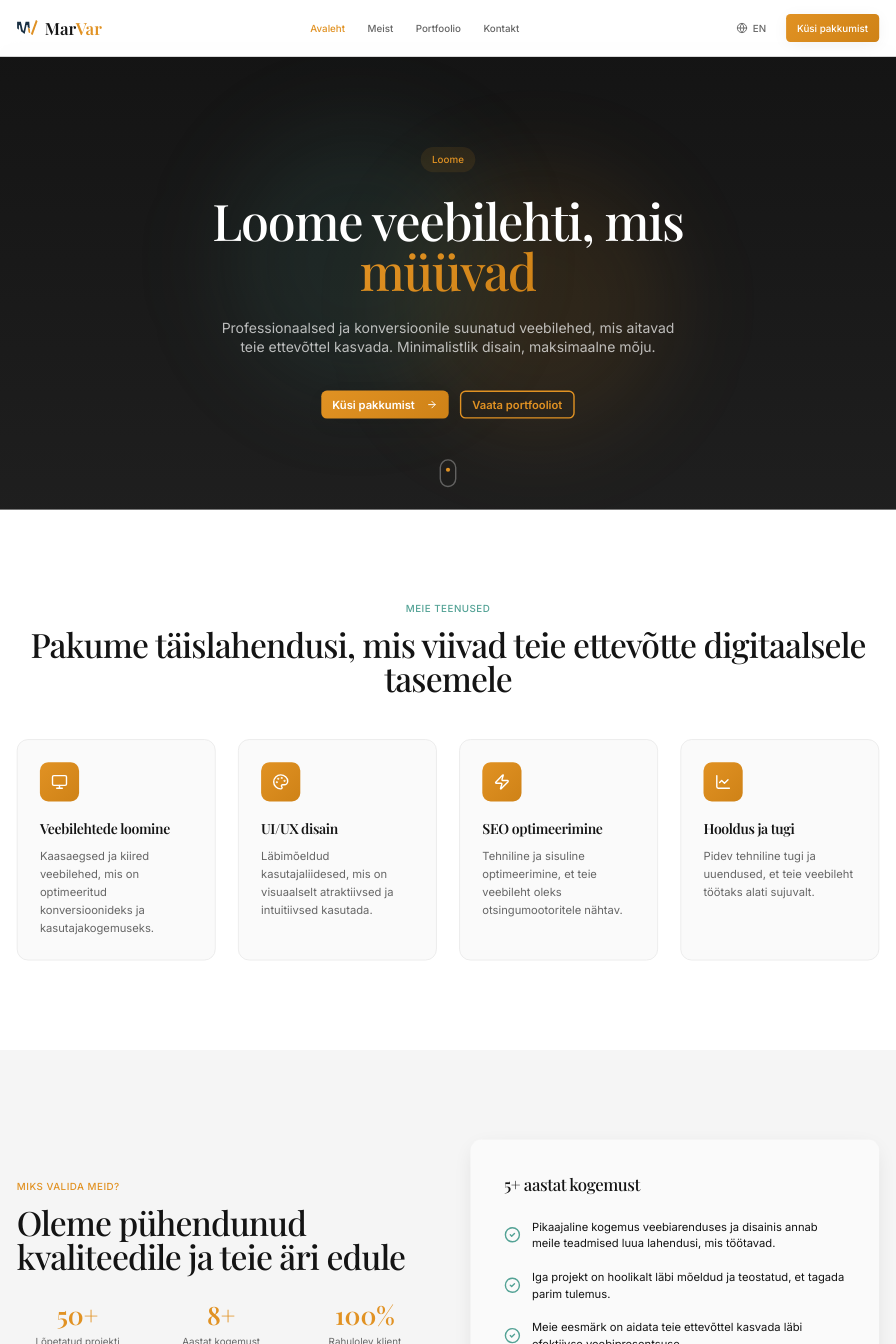
Repository: marvar-tarkvara/MARVAR-LEHT
Page: /
An editor plug-in stored every save of this project. The page is shown before and after the next save, followed by the edit.
The browser window is 1280 px wide. The pictures show the part of the page from y = 0 to 1920 px (the page is 3005 px tall), at 70% of full size.
Some web fonts or font styles are not loaded; a fallback is used. The project was rebuilt for these pictures with package versions that can differ from the ones it lists, and the page was loaded fresh each time. The framework's server and built-in components were replaced by stand-ins that run in the browser. Also part of the build but not shown: next.config.ts, components/ui/tooltip.tsx.

Above is the page before, as saved 2026-01-18 18:57:17.

After the next save:
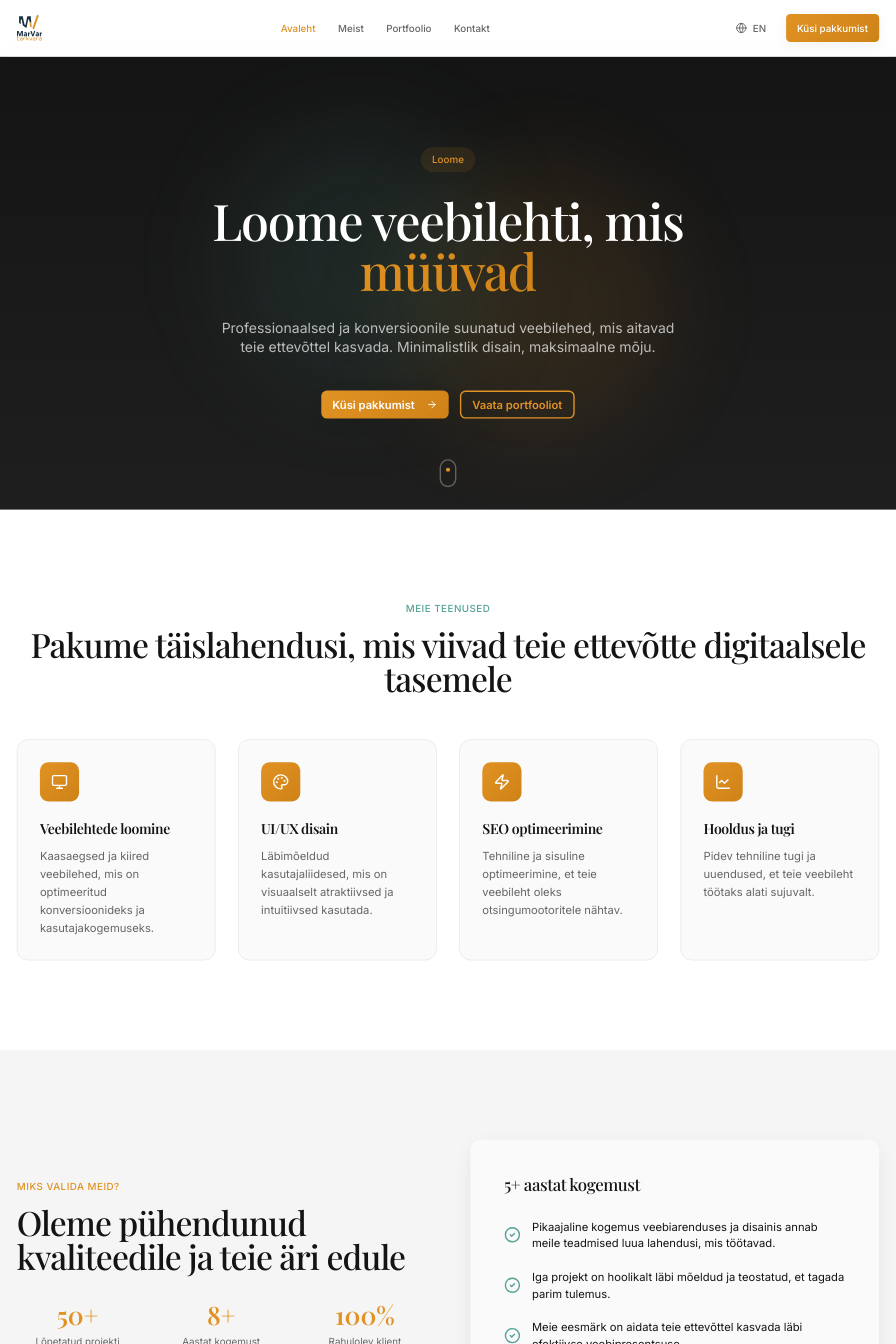
Saved 6 min 40 s later.
--- a/app/layout.tsx
+++ b/app/layout.tsx
@@ -19,8 +19,8 @@ export const metadata: Metadata = {
   title: "MarVar - Veebilehtede loomine",
   description: "Professionaalsed ja konversioonile suunatud veebilehed, mis aitavad teie ettevõttel kasvada. Minimalistlik disain, maksimaalne mõju.",
   icons: {
-    icon: "/marvar.svg",
-    apple: "/marvar.svg",
+    icon: "/marvar-tarkvara.svg",
+    apple: "/marvar-tarkvara.svg",
   },
 };
 
--- a/components/layout/Header.tsx
+++ b/components/layout/Header.tsx
@@ -32,11 +32,8 @@ const Header = () => {
       <div className="container mx-auto px-6">
         <div className="flex items-center justify-between h-20">
           {/* Logo */}
-          <Link href="/" className="flex items-center gap-2">
-            <Image src="/marvar.svg" alt="MarVar logo" width={32} height={32} className="h-8 w-8" />
-            <span className="text-2xl font-display font-semibold text-foreground">
-              Mar<span className="text-accent">Var</span>
-            </span>
+          <Link href="/">
+            <Image src="/marvar-tarkvara.svg" alt="MarVar logo" width={140} height={40} className="h-10 w-auto" />
           </Link>
 
           {/* Desktop Navigation */}
--- a/components/layout/Footer.tsx
+++ b/components/layout/Footer.tsx
@@ -13,11 +13,8 @@ const Footer = () => {
         <div className="grid grid-cols-1 md:grid-cols-4 gap-12">
           {/* Brand */}
           <div className="md:col-span-2">
-            <Link href="/" className="flex items-center gap-2">
-              <Image src="/marvar.svg" alt="MarVar logo" width={32} height={32} className="h-8 w-8" />
-              <span className="text-2xl font-display font-semibold">
-                Mar<span className="text-accent">Var</span>
-              </span>
+            <Link href="/">
+              <Image src="/marvar-tarkvara.svg" alt="MarVar logo" width={140} height={40} className="h-10 w-auto" />
             </Link>
             <p className="mt-4 text-primary-foreground/70 max-w-sm leading-relaxed">
               {t("footer.description")}
